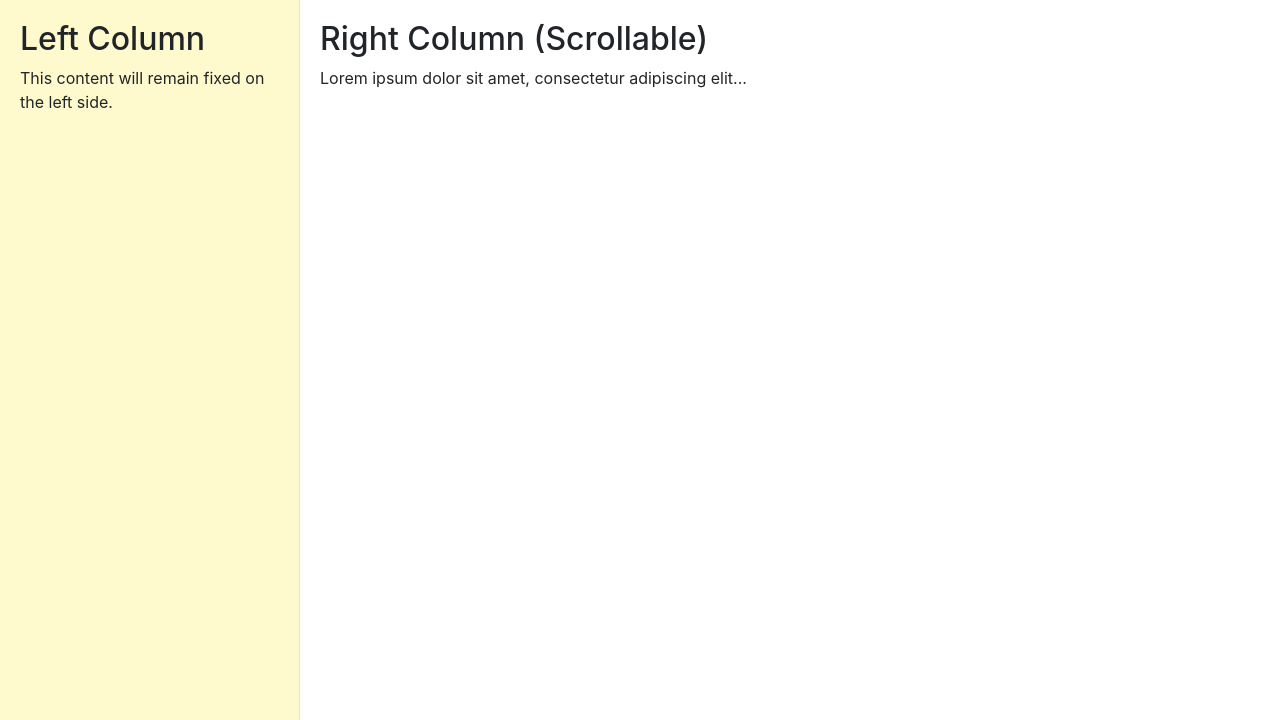
Repository: oliviahsia/FinalProject
Page: src/main/webapp/WEB-INF/main.html
These files come from the project's save history. The page is drawn as it stood at one moment and after a run of saves; the edit follows.
The browser window is 1280 px wide. The pictures show the whole page.
Some web libraries are served in a nearby version.

Above is the page before, as saved 2024-03-08 11:54:46.

### src/main/webapp/WEB-INF/main.html
<!DOCTYPE html>
<html lang="en">

<head>
  <meta charset="UTF-8">
  <meta name="viewport" content="width=device-width, initial-scale=1.0">
  <title>Olivia's Portfolio</title>
  <!-- Bootstrap CSS -->
  <link rel="stylesheet" href="https://stackpath.bootstrapcdn.com/bootstrap/4.5.2/css/bootstrap.min.css">
  <style>
    /* Custom styles */
    body,
    html {
      height: 100%;
      margin: 0;
      /* Remove default margin */
    }

    .fixed-left {
      position: fixed;
      top: 0;
      left: 0;
      width: 300px;
      /* Set the width of the left column */
      height: 100%;
      background-color: #FFFACD;
      /* Goose yellow for the left column */
      border-right: 1px solid #dee2e6;
      /* Optional border */
      overflow-x: hidden;
      /* Prevent horizontal scrollbar */
      padding: 20px;
      /* Optional padding */
    }

    .scrollable-right {
      margin-left: 300px;
      /* Same as the width of the left column */
      padding: 20px;
      height: 100%;
      overflow-y: auto;
      /* Enable vertical scrollbar if content overflows */
      background-color: #FFFFFF;
      /* White for the right column */
    }
  </style>
</head>

<body>
  <div class="fixed-left">
    <!-- Content in left column -->
    <h2>Left Column</h2>
    <p>This content will remain fixed on the left side.</p>
  </div>
  <div class="scrollable-right">
    <!-- Content in right column -->
    <h2>Right Column (Scrollable)</h2>
    <p>Lorem ipsum dolor sit amet, consectetur adipiscing elit...</p>
    <!-- Add more content as needed to enable scrolling -->
  </div>
  <!-- Bootstrap JS and dependencies (Optional) -->
  <script src="https://code.jquery.com/jquery-3.5.1.slim.min.js"></script>
  <script src="https://cdn.jsdelivr.net/npm/@popperjs/core@2.5.4/dist/umd/popper.min.js"></script>
  <script src="https://stackpath.bootstrapcdn.com/bootstrap/4.5.2/js/bootstrap.min.js"></script>
</body>

</html>

After the next 2 saves:
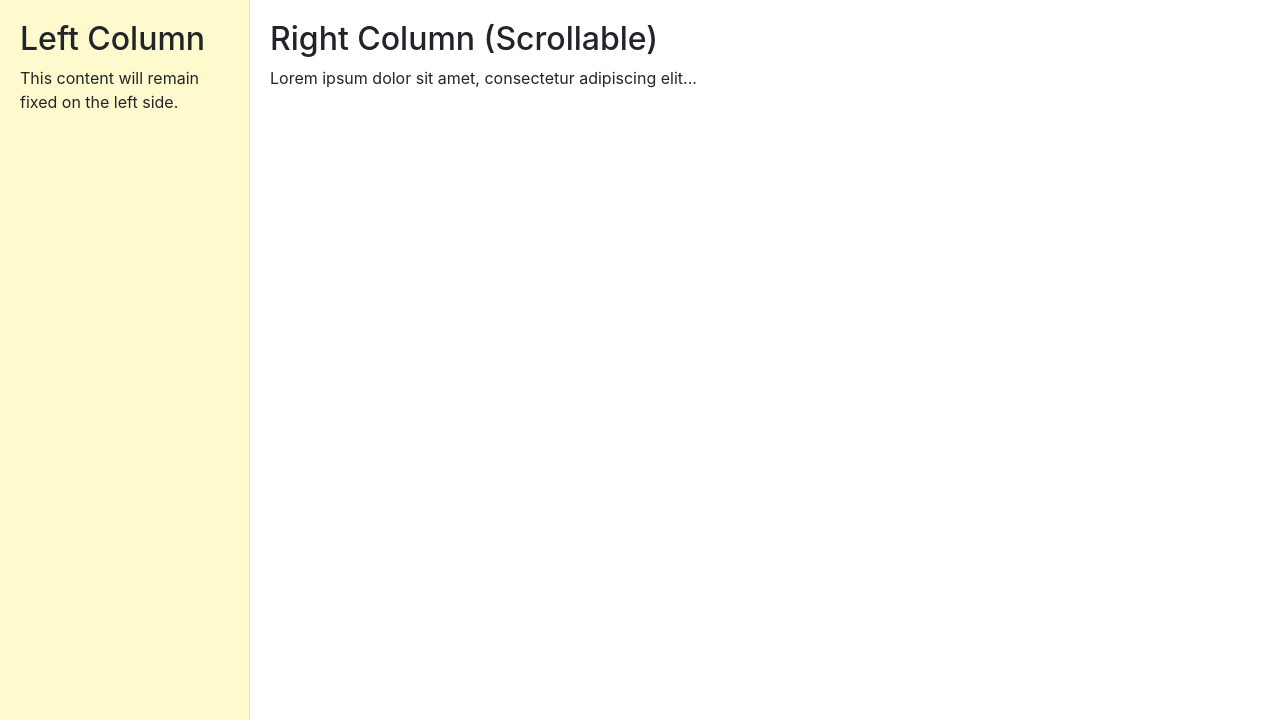
The 2 saves are shown as one change because they came seconds apart.
The last was saved 3 min 7 s later.
--- a/src/main/webapp/WEB-INF/main.html
+++ b/src/main/webapp/WEB-INF/main.html
@@ -20,7 +20,7 @@
       position: fixed;
       top: 0;
       left: 0;
-      width: 300px;
+      width: 250px;
       /* Set the width of the left column */
       height: 100%;
       background-color: #FFFACD;
@@ -34,7 +34,7 @@
     }
 
     .scrollable-right {
-      margin-left: 300px;
+      margin-left: 250px;
       /* Same as the width of the left column */
       padding: 20px;
       height: 100%;
